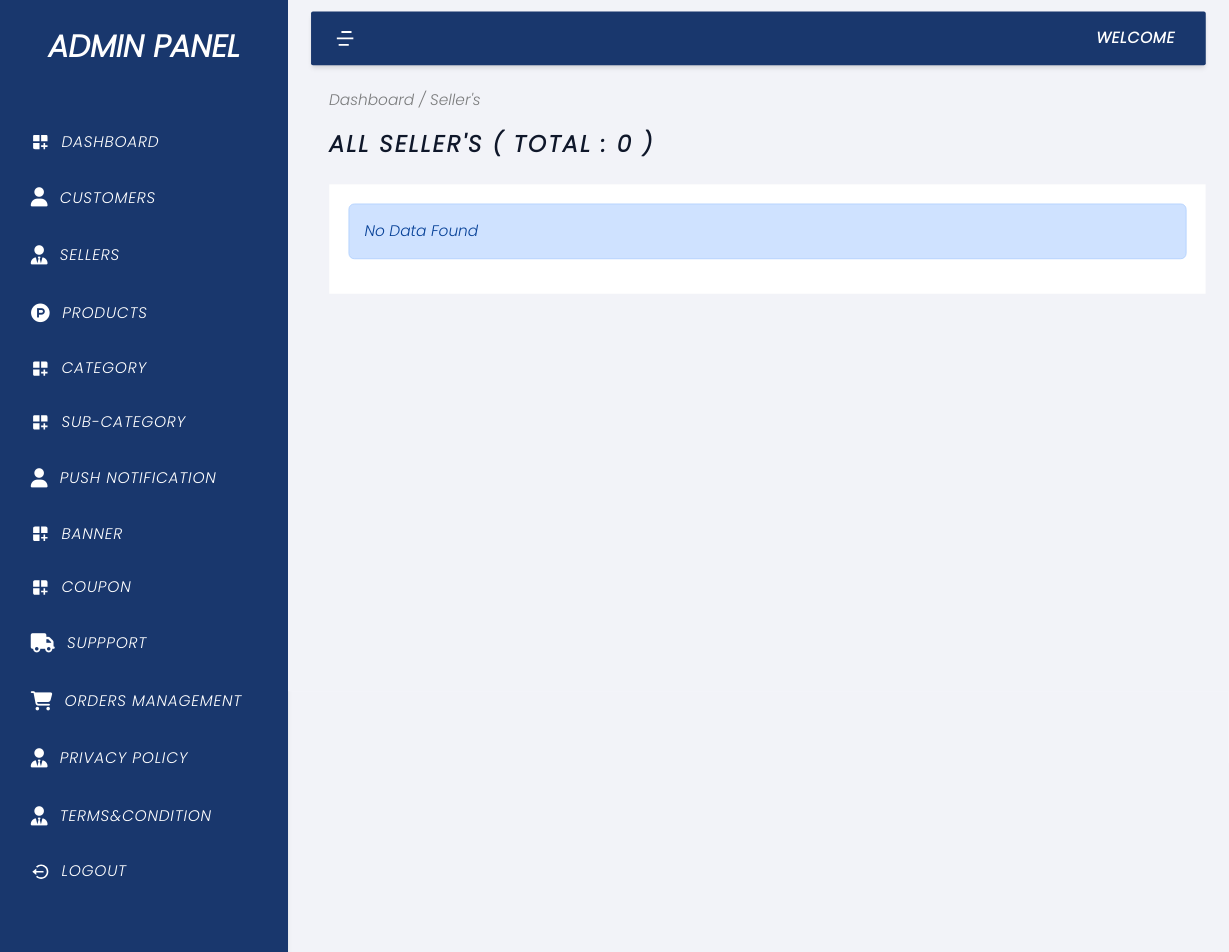
Repository: shishpal2000/admin.aschpro
Page: /VendorList
An editor plug-in stored every save of this project. The page is shown before and after the next save, followed by the edit.
The browser window is 1280 px wide. The pictures show the whole page, at 96% of full size.
Pictures or frames that could not be fetched are drawn as grey boxes. Some web libraries are served in a nearby version. The project was rebuilt for these pictures with package versions that can differ from the ones it lists, and the page was loaded fresh each time. Also part of the build but not shown: src/E-CommerceAdmin/forms/Login.jsx, src/E-CommerceAdmin/pages/Dashboard.jsx, src/E-CommerceAdmin/pages/ECategory.js, src/E-CommerceAdmin/pages/EProduct.js, src/E-CommerceAdmin/pages/EAdminOrders.js, src/E-CommerceAdmin/pages/EAdminDelivery.js, src/E-CommerceAdmin/pages/EAdminCustomer.js, src/E-CommerceAdmin/pages/ESubCategory.js and 5 more. Imported but missing from the stored project, and not drawn on this page: src/E-CommerceAdmin/pages/Complaints, src/E-CommerceAdmin/pages/Component/SpinnerComp, src/E-CommerceAdmin/pages/EAdmin, src/E-CommerceAdmin/pages/EAdminProduct, src/E-CommerceAdmin/pages/ESingleProduct, src/E-CommerceAdmin/pages/GetMeThis, src/E-CommerceAdmin/pages/HelpSupport.

Above is the page before, as saved 2023-06-28 15:00:10.

### public/index.html
<!-- @format -->

<!DOCTYPE html>
<html lang="en">
  <head>
    <meta charset="utf-8" />
    <meta name="viewport" content="width=device-width, initial-scale=1" />
    <meta name="theme-color" content="#000000" />
    <meta
      name="description"
      content="Web site created using create-react-app"
    />
    <link rel="icon" href="%PUBLIC_URL%/favicon.png" />
    <link rel="manifest" href="%PUBLIC_URL%/manifest.json" />
    <link rel="preconnect" href="https://fonts.googleapis.com">
<link rel="preconnect" href="https://fonts.gstatic.com" crossorigin>
<link href="https://fonts.googleapis.com/css2?family=Roboto+Mono:ital,wght@1,300&display=swap" rel="stylesheet">
    <title>Subharambh</title>
  </head>
  <body>
    <noscript>You need to enable JavaScript to run this app.</noscript>
    <div id="root"></div>
    <script src="https://code.jquery.com/jquery-3.6.0.min.js"></script>
    <script src="https://kit.fontawesome.com/b533b351e4.js" crossorigin="anonymous"></script>
    <script type="module" src="https://unpkg.com/ionicons@7.1.0/dist/ionicons/ionicons.esm.js"></script>
<script nomodule src="https://unpkg.com/ionicons@7.1.0/dist/ionicons/ionicons.js"></script>
  </body>
</html>

### src/index.js
import React from "react";
import ReactDOM from "react-dom/client";
import "./index.css";
import App from "./App";
import { BrowserRouter } from "react-router-dom";
import 'bootstrap/dist/css/bootstrap.min.css'

const root = ReactDOM.createRoot(document.getElementById("root"));
root.render(
  <React.StrictMode>
    <BrowserRouter>
      <App />
    </BrowserRouter>
  </React.StrictMode>
);

### src/index.css
/** @format */

@tailwind base;
@tailwind components;
@tailwind utilities;

@import url("https://fonts.googleapis.com/css2?family=Roboto+Mono:ital,wght@1,300&display=swap");
@font-face {
  font-family: Roboto;
  src: url("./Fonts/Poppins-LightItalic.ttf");
}

body {
  margin: 0;
  font-family: Roboto !important;
  -webkit-font-smoothing: antialiased;
  -moz-osx-font-smoothing: grayscale;
}

code {
  font-family: Roboto !important;
}

html {
  font-family: Roboto !important;
}

::-webkit-scrollbar {
  width: 10px;
}
.fa-trash {
  color: red;
  cursor: pointer;
}

.iCOn {
  transition: 0.5s;
  box-shadow: none;
  transform: scale(1);
}
.cardDiv {
  cursor: pointer;
}

.cardDiv:hover .iCOn {
  box-shadow: rgba(0, 0, 0, 0.35) 0px 5px 15px;
  transform: scale(1.3);
}

/* Track */
::-webkit-scrollbar-track {
  background: #f1f1f1;
}

/* Handle */
::-webkit-scrollbar-thumb {
  background: #888;
}

/* Handle on hover */
::-webkit-scrollbar-thumb:hover {
  background: #555;
}
.profileImage {
  width: 100px;
}
.fa-eye {
  color: #029aff;
  cursor: pointer;
}
.fa-edit {
  cursor: pointer;
  color: blue;
}

.View {
  border: 1px solid black;
  width: 100%;
  padding: 10px;
}

.main-card--container {
  display: grid;
  grid-template-columns: repeat(3, minmax(300px, 500px));
  grid-gap: 50px;
  justify-content: space-around;
}
.card-container {
  margin: 25px 0 auto;
  box-shadow: rgba(0, 0, 0, 0.35) 0px 5px 15px;
  position: relative;
  display: grid;
  grid-template-columns: 1fr;
  justify-content: space-around;
  align-items: flex-start;
}

.myEdit:focus {
  box-shadow: rgba(0, 0, 0, 0.35) 0px 5px 15px;
}

.AstroLogin {
  color: #fff;
  background-color: #2b7a8e;
  padding: 10px;
  width: 380px;
  text-align: center;
  font-size: 20px;
  background: linear-gradient(to left, #2b7a8e 50%, #fff 50%) right;
  background-size: 200%;
  transition: 0.5s ease-out;
  border: 1px solid #2b7a8e;
  margin-top: 10px;
  text-transform: uppercase;
}
.AstroLogin:hover {
  background-position: left;
  color: #2b7a8e;
}

.EcommerceAdminLogin {
  color: #fff;
  background-color: #19376d;
  padding: 10px;
  width: 380px;
  text-align: center;
  font-size: 20px;
  background: linear-gradient(to left, #19376d 50%, #fff 50%) right;
  background-size: 200%;
  transition: 0.5s ease-out;
  border: 1px solid #19376d;
  margin-top: 10px;
  text-transform: uppercase;
}

.EcommerceAdminLogin:hover {
  background-position: left;
  color: #19376d;
}
.EcommerceVendorLogin {
  color: #fff;
  background-color: #576cbc;
  padding: 10px;
  width: 380px;
  text-align: center;
  font-size: 20px;
  background: linear-gradient(to left, #576cbc 50%, #fff 50%) right;
  background-size: 200%;
  transition: 0.5s ease-out;
  border: 1px solid #576cbc;
  margin-top: 10px;
  text-transform: uppercase;
}

.EcommerceVendorLogin:hover {
  background-position: left;
  color: #576cbc;
}

.view {
  background-color: #2196f3;
  color: #fff;
  width: 50%;
  padding: 5px;
}

.two-sec {
  display: flex;
  justify-content: space-evenly;
  justify-content: space-evenly;
}
.two-sec .left {
  width: 60%;
  background-color: #f6f1ef;
  padding: 20px;
}
.two-sec .left .head {
  font-size: 25px;
  font-weight: bold;
}

.two-sec .right {
  width: 30%;
  background-color: #f6f1ef;
}

.searchDiv {
  width: 100%;
  display: flex;
  gap: 10px;
  border: 1px solid rgb(179, 179, 179);
  padding: 10px;
  margin-bottom: 20px;
  align-items: center;
}
.searchDiv input {
  width: 94%;
  outline: none;
  border: none;
}

.flexCont {
  display: flex;
  align-items: center;
  gap: 10px;
}
.flexCont img {
  width: 60px;
  background-color: #e9ecef;
}

.blockContent {
  display: block;
}
.blockContent p {
  margin: 0;
}

.checkBox {
  width: 50px;
  height: 25px;
  background-color: #e9ecef;
  border-radius: 50px;
  position: relative;
  cursor: pointer;
}
.checkBox span {
  width: 20px;
  height: 20px;
  border-radius: 100%;
  background-color: #fff;
  position: absolute;
  left: 5px;
  top: 2px;
}
.ActivecheckBox {
  width: 50px;
  height: 25px;
  background-color: #0d6efd;
  border-radius: 50px;
  position: relative;
  cursor: pointer;
}
.ActivecheckBox span {
  width: 20px;
  height: 20px;
  border-radius: 100%;
  background-color: #fff;
  position: absolute;
  right: 5px;
  top: 2px;
}

.fa-eye {
  color: #0cba73;
  background-color: #d6f8e8;
  width: 40px;
  text-align: center;
  height: 40px;
  display: flex;
  border-radius: 100%;
  justify-content: center;
  padding-top: 10px;
  transition: 0.5s;
}

.fa-pen-to-square {
  color: #f4c39c;
  background-color: #ffebdb;
  width: 40px;
  text-align: center;
  height: 40px;
  display: flex;
  border-radius: 100%;
  justify-content: center;
  padding-top: 10px;
  cursor: pointer;
  transition: 0.5s;
}
.fa-trash {
  color: #df939f;
  background-color: #ffe1e8;
  width: 40px;
  text-align: center;
  height: 40px;
  display: flex;
  border-radius: 100%;
  justify-content: center;
  padding-top: 10px;
  cursor: pointer;
  transition: 0.5s;
}
.fa-trash:hover {
  transform: scale(1.2);
}
.fa-eye:hover {
  transform: scale(1.2);
}
.fa-pen-to-square:hover {
  transform: scale(1.2);
}
.required {
  color: #e74260;
}

.headP {
  margin-left: 2%;
  color: #7b7c7d;
}
.filterBox {
  display: flex;
  align-items: center;
  gap: 10px;
  border-bottom: 1px solid #d4d7dc;
  padding-bottom: 20px;
  margin-bottom: 20px;
}
.filterBox img {
  width: 30px;
}
.filterBox input {
  width: 100%;
  border: 1px solid #d4d7dc;
  outline: none;
  padding: 5px;
  color: black;
}
.sectionCont {
  width: 98%;
  background-color: #fff;
  margin-left: 2%;
  padding: 20px;
}

.overFlowCont {
  width: 100%;
  overflow-x: auto;
}

.logo {
  width: auto;
  margin-bottom: 20px;
}

.updateProfile {
  margin-left: 20px;
  border: 1px solid #fff;
  border-radius: 100%;
  font-size: 1.2rem;
  padding: 10px;
  transition: 0.5s;
  cursor: pointer;
}
.updateProfile:hover {
  border: 1px solid #19376d;
  color: #19376d;
  background-color: #fff;
}

.Normalbtn {
  background-color: #19376d !important;
  border: 1px solid #19376d !important;
  border-radius: 0px !important;
}

.ImageCarousel {
  width: 150px !important;
  margin: 0px !important;
  height: 150px !important;
}
.CarouselImages {
  width: 150px !important;
  height: 150px !important;
}
.CarouselImages img {
  width: 100% !important;
  height: 100% !important;
}

.ModalCarousel {
  width: 100% !important;
  height: 500px !important;
}
.ModalCarousel {
  width: 100% !important;
  height: 500px !important;
}
.ModalCarousel img {
  width: 100% !important;
  height: 500px !important;
}

.gridCont {
  display: grid;
  grid-template-columns: auto auto auto;
  justify-content: space-evenly;
}
.gridCont div {
  width: 400px;
  height: 300px;
  box-shadow: rgba(0, 0, 0, 0.35) 0px 5px 15px;
  padding: 10px;
  position: relative;
  margin-top: 20px;
}
.gridCont div img {
  width: 100%;
}
.delete-Btn {
  width: 90%;
  margin-left: 2%;
  color: #c44b3f;
  border: 1px solid #c44b3f;
  position: absolute;
  bottom: 10px;
  transition: 0.5s;
  padding: 10px;
}

.delete-Btn:hover {
  background-color: #c44b3f;
  color: #fff;
}

.BannerCarousel {
  width: 300px;
  margin: 0px !important;
}
.BannerCarouselImage {
  width: 300px;
}
.BannerCarouselImage img {
  width: 100%;
}

.pagination {
  display: flex;
  justify-content: center;
  align-items: center;
  gap: 10px;
  margin-bottom: 20px;
}
.pagination button {
  border: 1px solid black;
  padding: 10px;
}

.activePage {
  background-color: #19376d;
  color: #fff;
  border: 1px solid #19376d !important;
}

.active {
  background-color: #fff;
  color: #19376d !important;
}
.prevBtn {
  background-color: #fff;
  color: #19376d;
  border: 1px solid #19376d !important;
  transition: 0.5s;
}

.prevBtn:hover,
.prevBtn:focus,
.prevBtn:active {
  background-color: #19376d;
  color: #fff;
  border: 1px solid #19376d !important;
}
.nextBtn {
  background-color: #fff;
  color: #19376d;
  border: 1px solid #19376d !important;
  transition: 0.5s;
}

.nextBtn:hover,
.nextBtn:focus,
.nextBtn:active {
  background-color: #19376d;
  color: #fff;
  border: 1px solid #19376d !important;
}

.dangerBox {
  position: relative;
}
.dangerBox i {
  position: absolute;
  top: 50%;
  left: 90%;
  transform: translate(-50%, -50%);
  cursor: pointer;
}

### src/E-CommerceAdmin/pages/EVendorList.js
/** @format */
import axios from "axios";
import React, { useEffect, useState } from "react";
import { Alert, Badge, Button, Form, Modal, Table } from "react-bootstrap";
import { toast } from "react-toastify";
import HOC from "../layout/HOC";

const EVendorList = () => {
  const [data, setData] = useState([]);
  const [modalShow, setModalShow] = React.useState(false);

    // Pagination and Filter
    const [query, setQuery] = useState("");
    const [currentPage2, setCurrentPage2] = useState(1);
    const [postPerPage2] = useState(10);
    const lastPostIndex2 = currentPage2 * postPerPage2;
    const firstPostIndex2 = lastPostIndex2 - postPerPage2;

    let pages2 = [];

    const TotolData = query
      ? data?.filter(
          (i) =>
            i?.name?.toLowerCase().includes(query?.toLowerCase()) ||
            i?.email?.toLowerCase().includes(query?.toLowerCase())
        )
      : data;

    useEffect(() => {
      if (query) {
        setCurrentPage2(1);
      }
    }, [query]);

    const slicedData = TotolData?.slice(firstPostIndex2, lastPostIndex2);

    for (let i = 1; i <= Math.ceil(TotolData?.length / postPerPage2); i++) {
      pages2.push(i);
    }

    function Next() {
      setCurrentPage2(currentPage2 + 1);
    }

    function Prev() {
      if (currentPage2 !== 1) {
        setCurrentPage2(currentPage2 - 1);
      }
    }







  return (
    <>


      <p className="headP">Dashboard / Seller's</p>
      <div
        className="pb-4 sticky top-0  w-full flex justify-between items-center"
        style={{ width: "98%", marginLeft: "2%" }}
      >
        <span
          className="tracking-widest text-slate-900 font-semibold uppercase "
          style={{ fontSize: "1.5rem" }}
        >
          All Seller's ( Total : {data?.length} )
        </span>
      </div>

      <section className="sectionCont">
        {data?.length === 0 || !data ? (
          <Alert>No Data Found</Alert>
        ) : (
          <>
            <div className="filterBox">
              <img
                src="https://t4.ftcdn.net/jpg/01/41/97/61/360_F_141976137_kQrdYIvfn3e0RT1EWbZOmQciOKLMgCwG.jpg"
                alt=""
              />
              <input
                type="search"
                placeholder="Start typing to search for Customers"
                onChange={(e) => setQuery(e.target.value)}
              />
            </div>

            <div className="overFlowCont">
              <Table>
                <thead>
                  <tr>
                    <th>SNo.</th>
                    <th>Full Name</th>
                    <th>Display Name</th>
                    <th>Store Name</th>
                    <th>Store Address</th>
                    <th>Email Address</th>
                    <th>Phone Number</th>
                    <th>GST</th>
                    <th>PAN Number</th>
                    <th>GST</th>
                    <th>Options</th>
                  </tr>
                </thead>
                <tbody>
                  {slicedData?.map((i, index) => (
                    <tr key={index}>
                      <td>#{index + 1} </td>
                      <td> {i.name} </td>
                      <td> {i.email} </td>
                      <td>
                        <Badge bg="success">{i.role}</Badge>
                      </td>
                      <td> {i.phone} </td>
                      <td>
                        <i
                          className="fa-solid fa-trash"

                        />
                      </td>

                    </tr>
                  ))}
                </tbody>
              </Table>

                {/* Pagination */}
                <div className="pagination">
                <button onClick={() => Prev()} className="prevBtn">
                  <i className="fa-solid fa-backward"></i>
                </button>
                {currentPage2 === 1 ? (
                  ""
                ) : (
                  <button onClick={() => setCurrentPage2(1)}>1</button>
                )}

                {pages2
                  ?.slice(currentPage2 - 1, currentPage2 + 3)
                  .map((i, index) =>
                    i === pages2?.length ? (
                      ""
                    ) : (
                      <button
                        key={index}
                        onClick={() => setCurrentPage2(i)}
                        className={currentPage2 === i ? "activePage" : ""}
                      >
                        {" "}
                        {i}{" "}
                      </button>
                    )
                  )}

                <button onClick={() => setCurrentPage2(pages2?.length)} className={currentPage2 === pages2?.length ? "activePage" : ""} >
                  {" "}
                  {pages2?.length}{" "}
                </button>

                {currentPage2 === pages2?.length ? (
                  ""
                ) : (
                  <button onClick={() => Next()} className="nextBtn">
                    {" "}
                    <i className="fa-sharp fa-solid fa-forward"></i>
                  </button>
                )}
              </div>
            </div>
          </>
        )}
      </section>
    </>
  );
};

export default HOC(EVendorList);

### src/E-CommerceAdmin/layout/HOC.jsx
/** @format */

import React, { useState } from "react";
import Navbar from "./Navbar";
import Sidebar from "./Sidebar";

const HOC = (Wcomponenet) => {
  return function Component() {
    const [hamb, setHamb] = useState(false);
    return (
      <>
        <section
          className="flex overflow-x-hidden relative "
          style={{ backgroundColor: "#f2f3f8" }}
        >
          {/* Sidebar */}
          <div
            className={
              hamb
                ? " absolute top-0 z-30 md:w-auto shadow-md bg-slate-200  w-60 transition-all md:-left-full left duration-150  h-auto overflow-y-auto  left-0 "
                : " md:w-72 z-30 bg-slate-200  shadow-md  md:static absolute top-0 -left-full   transition-all duration-150  overflow-y-auto h-auto"
            }
            style={{ minWidth: "300px" }}
          >
            <Sidebar hamb={hamb} setHamb={setHamb} />
          </div>
          {/* Components & Navbar */}
          <div
            className={
              hamb
                ? " transition-all px-4 py-2  duration-150 w-full h-screen"
                : " w-full h-screen  px-4 py-2   z-50 transition-all duration-150 "
            }
            style={{ backgroundColor: "#f2f3f8" }}
          >
            <Navbar hamb={hamb} setHamb={setHamb} />
            <div className="my-6 text-#000 h-[87%] wcomp overflow-y-auto">
              {" "}
              <Wcomponenet />
            </div>
          </div>
        </section>
      </>
    );
  };
};

export default HOC;

### src/E-CommerceAdmin/layout/Navbar.jsx
/** @format */

import { RiMenu4Line } from "react-icons/ri";

const Navbar = ({ hamb, setHamb }) => {
  const AdminName = localStorage.getItem("AdminName")
  return (
    <>
      <div
        className={
          hamb
            ? "flex  w-full justify-between  my-1 rounded-sm  p-4 py-3 shadow-md items-center  bg-slate-200 space-x-4"
            : "flex  w-full justify-between my-1 rounded-sm  p-4 py-3 shadow-md items-center  bg-slate-200 space-x-4"
        }
        style={{ backgroundColor: "#19376d" }}
      >
        <RiMenu4Line
          onClick={() => setHamb(!hamb)}
          className="text-2xl font-bold text-gray-900 hover:scale-90 cursor-pointer"
          style={{ color: "#fff" }}
        />

        <section className="flex sm:ml-auto justify-end sm:w-full items-center space-x-2  pr-2">
          <figcaption className="tracking-wider pl-1 font-semibold">
            <div
              className="lg:text-base text-sm text-gray-900  uppercase"
              style={{ color: "#fff" }}
            >
              Welcome {AdminName}
            </div>
          </figcaption>
        </section>
      </div>
    </>
  );
};

export default Navbar;

### src/E-CommerceAdmin/layout/Sidebar.jsx
/** @format */

import React from "react";
import { RiCloseLine } from "react-icons/ri";
import { Link, useNavigate } from "react-router-dom";
import { BiLogOutCircle } from "react-icons/bi";
import { MdDashboardCustomize } from "react-icons/md";

const Sidebar = ({ hamb, setHamb }) => {
  const navigate = useNavigate();

  const nav = [
    {
      icon: <MdDashboardCustomize className="text-xl mr-3 rounded-full " />,
      link: "/dashboard ",
      name: "Dashboard",
    },

    {
      icon: (
        <i className="fa-solid fa-user text-xl mr-3 rounded-full"></i>
      ),
      link: "/Customer",
      name: "Customers",
    },
    {
      icon: <i className="fa-solid fa-user-tie text-xl mr-3 rounded-full"></i>,
      link: "/VendorList",
      name: "Sellers",
    },
    {
      icon: (
    <i className="fa-brands fa-product-hunt text-xl mr-3 rounded-full"></i>
      ),
      link: "/Product",
      name: "Products",
    },
    {
      icon: <MdDashboardCustomize className="text-xl mr-3 rounded-full " />,
      link: "/Category",
      name: "Category",
    },

    {
      icon: <MdDashboardCustomize className="text-xl mr-3 rounded-full " />,
      link: "/SubCategory",
      name: "Sub-Category",
    },
    {
      icon: <i className="fa-solid fa-user text-xl mr-3 rounded-full"></i>,
      link: "/pushNotification",
      name: "Push Notification",
    },

    {
      icon: <MdDashboardCustomize className="text-xl mr-3 rounded-full " />,
      link: "/banner",
      name: "Banner",
    },
    {
      icon: <MdDashboardCustomize className="text-xl mr-3 rounded-full " />,
      link: "/coupon",
      name: "Coupon",
    },

    {
      icon: <i className="fa-solid fa-truck  text-xl mr-3 rounded-full"></i>,
      link: "/Support",
      name: "Suppport",
    },
    {
      icon: (
        <i className="fa-solid fa-cart-shopping text-xl mr-3 rounded-full"></i>
      ),
      link: "/Orders",
      name: "Orders Management",
    },

    {
      icon: <i className="fa-solid fa-user-tie text-xl mr-3 rounded-full"></i>,
      link: "/privacy",
      name: "Privacy Policy",
    },
    {
      icon: <i className="fa-solid fa-user-tie text-xl mr-3 rounded-full"></i>,
      link: "/terms",
      name: "Terms&Condition",
    }
  ];

  const logOut = () => {
    localStorage.clear()
    navigate("/");
  };

  return (
    <>
      <aside
        className="p-4 h-auto"
        style={{ backgroundColor: "#19376d", minHeight: "100vh" }}
      >
        {/* Top */}
        <div className="w-full md:hidden relative  p-2 mb-4">
          <RiCloseLine
            onClick={() => setHamb(!hamb)}
            className="text-3xl  absolute top-2 sm:hover:rotate-[228deg] transition-transform font-bold right-2 sm:hover:text-[22px] text-[rgb(241,146,46)] cursor-pointer"
          />
        </div>{" "}
        <figure className="flex  flex-col items-center">
          <span
            className="font-bold text-[#fff]"
            style={{
              fontSize: "2rem",
              textAlign: "center",
              textTransform: "uppercase",
            }}
          >
            {" "}
            ADMIN PANEL
          </span>
        </figure>
        <nav className="py-6">
          {nav.map((nav) => {
            return (
              <Link
                to={nav.link}
                key={nav.name}
                className=""
                style={{ textDecoration: "none", textTransform: "uppercase" }}
              >
                <span
                  className="flex my-3 items-center cursor-pointer text-gray-900    tracking-wider p-2 rounded-sm"
                  style={{ color: "#FFF" }}
                >
                  {nav.icon} {nav.name}
                </span>
              </Link>
            );
          })}
          <span
            className="flex my-3 items-center cursor-pointer text-gray-900    tracking-wider p-2 rounded-sm"
            onClick={() => logOut()}
            style={{ color: "#FFF", textTransform: "uppercase" }}
          >
            <BiLogOutCircle className="text-xl mr-3 rounded-full " /> LogOut
          </span>
        </nav>
      </aside>
    </>
  );
};

export default Sidebar;

Loaded but not shown: tailwind.config.js (common file); src/App.js (69 lines, source omitted)

After the next save:
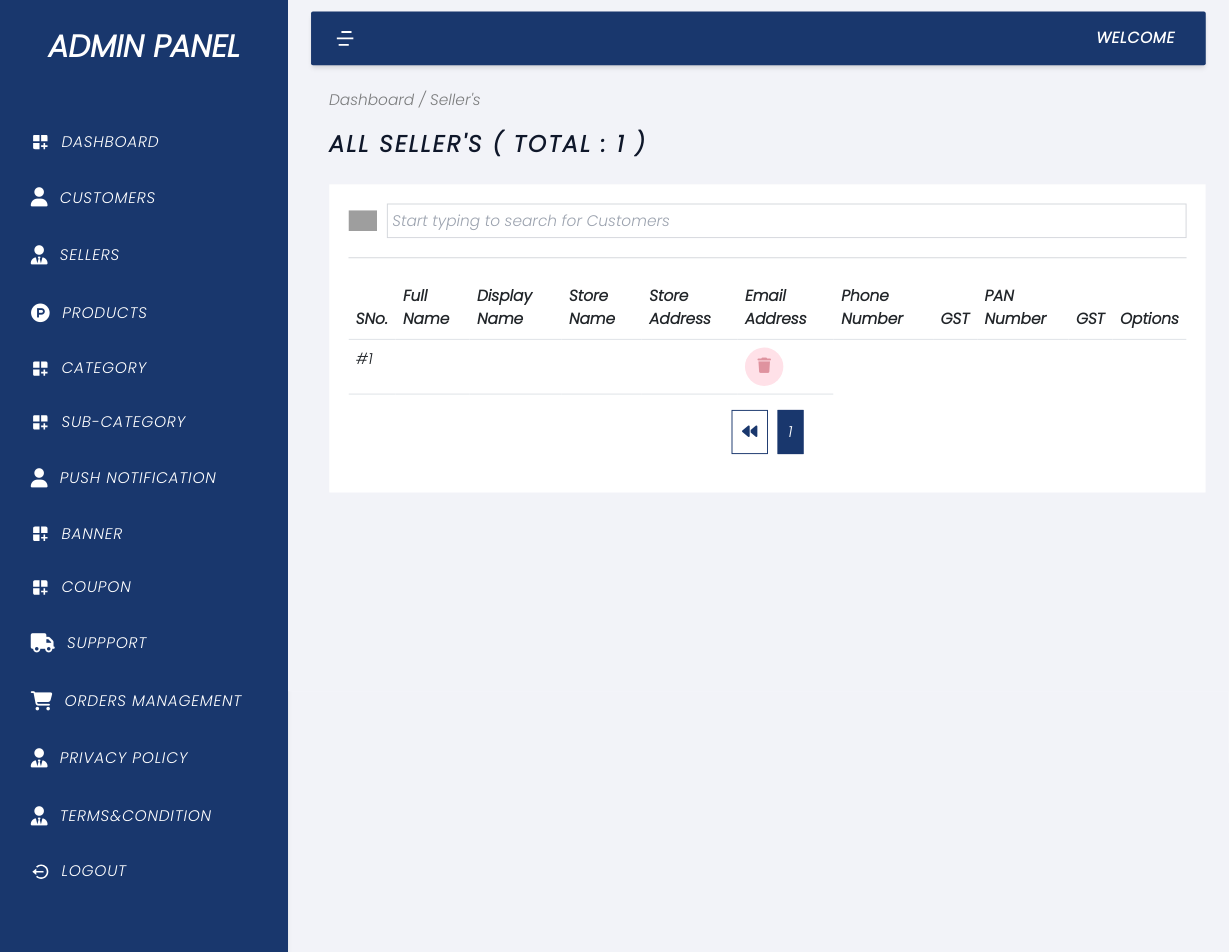
Saved 29 s later.
--- a/src/E-CommerceAdmin/pages/EVendorList.js
+++ b/src/E-CommerceAdmin/pages/EVendorList.js
@@ -6,8 +6,12 @@ import { toast } from "react-toastify";
 import HOC from "../layout/HOC";
 
 const EVendorList = () => {
-  const [data, setData] = useState([]);
-  const [modalShow, setModalShow] = React.useState(false);
+
+  const data = [
+    {
+
+    }
+  ]
 
     // Pagination and Filter
     const [query, setQuery] = useState("");
